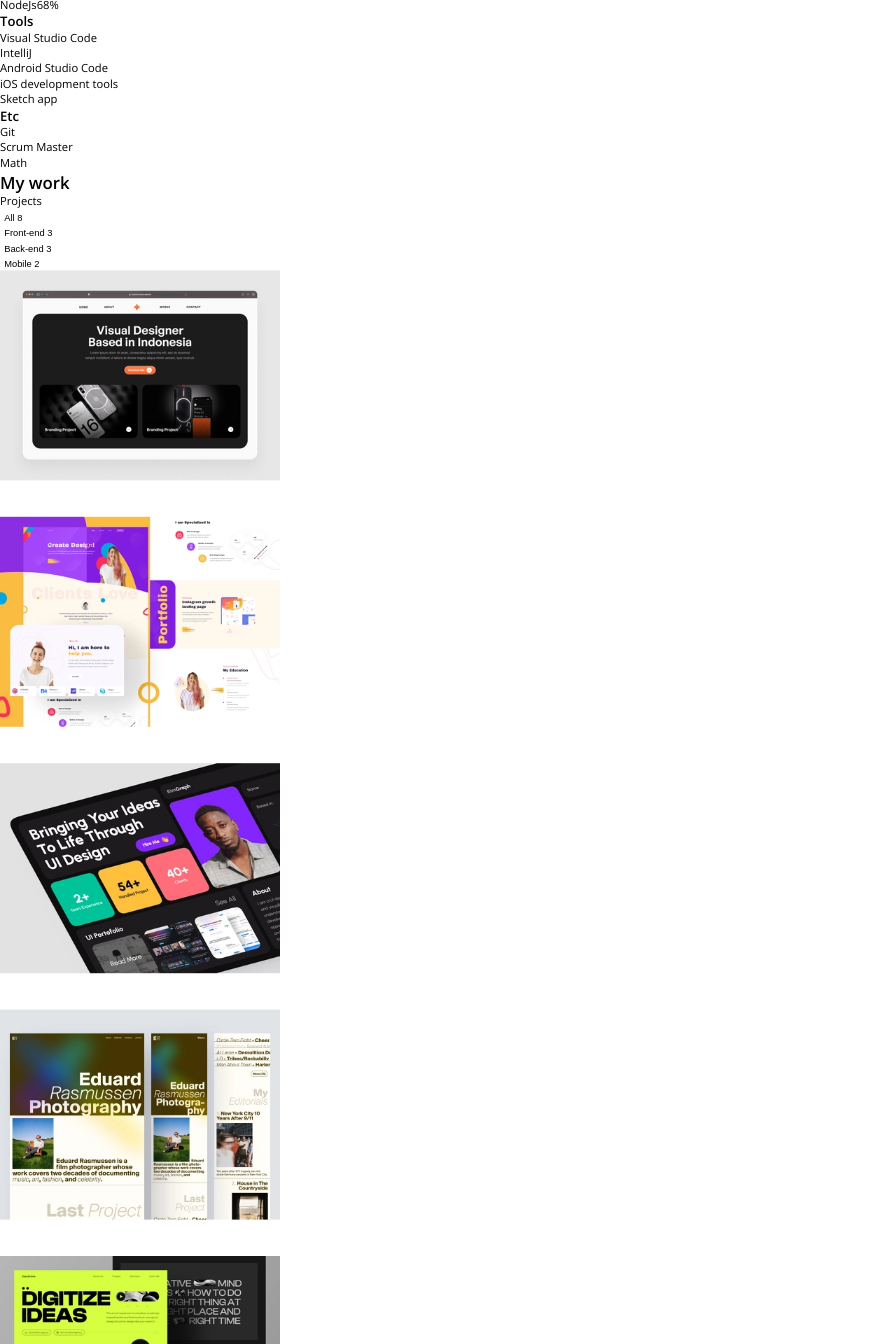
Repository: eggmoon/eggmoon_new
Page: index.html
The author's editor kept a copy of each file at every save. The page is drawn from the files as they stood at one save, then again after a run of saves.
The browser window is 1280 px wide. The pictures show the part of the page from y = 1416 to 3336 px (the page is 5779 px tall before and 5833 px after), at 70% of full size.
Some web libraries are served in a nearby version.

Above is the page before, as saved 2025-02-26 11:16:22.

### index.html
<!DOCTYPE html>
<html lang="en">
  <head>
    <meta charset="UTF-8" />
    <meta http-equiv="X-UA-Compatible" content="IE=edge" />
    <meta name="viewport" content="width=device-width, initial-scale=1.0" />
    <!-- SEO -->
    <title>행정심판청구서 작성 가이드</title>
    <meta
      name="description"
      content="Portfolio for world-renowned software
    engineer Ellie"
    />
    <meta name="author" content="MScho" />
    <link rel="shortcut icon" href="images/favicon.ico" type="image/x-icon" />
    <!-- OG (Open Graph Data) -->
    <meta property="og:title" content="행정정심판청구서 작성 가이드" />
    <meta property="og:type" content="website" />
    <meta property="og:url" content="https://eggmoon.github.io/eggmoon/"/>
    <meta property="og:image" content="배포후에 생성된 이미지 URL" />
    <!-- Google Fonts -->
    <link rel="preconnect" href="https://fonts.googleapis.com" />
    <link rel="preconnect" href="https://fonts.gstatic.com" crossorigin />
    <link
      href="https://fonts.googleapis.com/css2?family=Open+Sans:wght@400;600&display=swap"
      rel="stylesheet"
    />
    <!-- Font Awesome -->
    <script
      src="https://kit.fontawesome.com/9eb162ac0d.js"
      crossorigin="anonymous"
    ></script>
    <!-- CSS -->
    <link rel="stylesheet" href="css/style.css" />
    <!-- Javascript -->
    <script src="src/main.js" defer></script>
  </head>
  <body>
    <!-- Header -->
    <header class="header">
      <div class="header__logo">
        <img class="header__logo__img" src="images/favicon.ico" alt="logo" />
        <h1 class="header__logo__title"><a href="#">조미성 행정사사무소</a></h1>
      </div>
      <nav>
        <ul class="header__menu">
          <li><a class="header__menu__item active" href="#home">작성 Flow</a></li>
          <li><a class="header__menu__item" href="#about">사실관계 확인</a></li>
          <li><a class="header__menu__item" href="#skills">법령 포섭</a></li>
          <li><a class="header__menu__item" href="#work">사실의 재구성</a></li>
          <li><a class="header__menu__item" href="#testimonial">비례의 원칙</a></li>
          <li><a class="header__menu__item" href="#contact">청구서 작성</a></li>
        </ul>
      </nav>
    </header>
    <!-- Main -->
    <main>
      <!-- Home -->
      <section id="home" class="section">
        <img class="home__logo" src="images/favicon.ico" alt="Ellie's profile" />
        <h2 class="home__title"><strong class="home__title--strong">행정심판청구서</strong> <br> 작성 가이드</h2>
        <p class="home__description">사실관계 확정과 비례의 원칙을 중심으로</p>
        <a class="home__contact" href="#contact">조미성 행정사사무소</a>
      </section>
      <!-- About -->
      <section id="about" class="sections">
        <h2 class="title">0. 작성 Flow</h2>
        <p>
          사실관계 및 법령의 확인
        </p>
        <ul>
          <li>
            <i class="fa-brands fa-html5"></i>
            <p>Front-end</p>
            <p>HTML, CSS, JavaScript, TypeScript, React, Vue, Web APIs</p>
          </li>
          <li>
            <i class="fa-solid fa-mobile"></i>
            <p>Mobile</p>
            <p>Android, iOS, React Navtive, Flutter, Java, Swift, Kotlin</p>
          </li>
          <li>
            <i class="fa-solid fa-server"></i>
            <p>Back-end</p>
            <p>Java, JavaScript, Go, NodeJs, Rest APIs, GraphQL</p>
          </li>
        </ul>
        <ul>
          <li>
            <img src="images/jobs/google.png" alt="google logo" />
            <div>
              <p>Google as Senior Software Engineer</p>
              <p>2019 Oct - Until now</p>
            </div>
          </li>
          <li>
            <img src="images/jobs/samsung.png" alt="samsung logo" />
            <div>
              <p>Samsung as Software Engineer</p>
              <p>2014 Sept - 2019 Oct</p>
            </div>
          </li>
        </ul>
      </section>
      <!-- Skills -->
      <section id="skills" class="sections">
        <h2 class="title">My Skills</h2>
        <p>Skills & Attributes</p>
        <p>
          Lorem ipsum dolor sit, amet consectetur adipisicing elit. Alias
          doloremque sint deleniti vel quod itaque molestias, suscipit dolor
          cupiditate saepe rem minima, amet ipsum accusantium architecto
          laboriosam dolore id necessitatibus?
        </p>
        <div>
          <section>
            <h3>Coding Skills</h3>
            <ul>
              <li>
                <div><span>HTML</span><span>98%</span></div>
                <div><div style="width: 98%"></div></div>
              </li>
              <li>
                <div><span>CSS</span><span>90%</span></div>
                <div><div style="width: 90%"></div></div>
              </li>
              <li>
                <div><span>JavaScript</span><span>90%</span></div>
                <div><div style="width: 90%"></div></div>
              </li>
              <li>
                <div><span>TypeScript</span><span>80%</span></div>
                <div><div style="width: 80%"></div></div>
              </li>
              <li>
                <div><span>React</span><span>79%</span></div>
                <div><div style="width: 79%"></div></div>
              </li>
              <li>
                <div><span>NodeJs</span><span>68%</span></div>
                <div><div style="width: 68%"></div></div>
              </li>
            </ul>
          </section>
          <section>
            <h3>Tools</h3>
            <ul>
              <li>Visual Studio Code</li>
              <li>IntelliJ</li>
              <li>Android Studio Code</li>
              <li>iOS development tools</li>
              <li>Sketch app</li>
            </ul>
          </section>
          <section>
            <h3>Etc</h3>
            <ul>
              <li>Git</li>
              <li>Scrum Master</li>
              <li>Math</li>
            </ul>
          </section>
        </div>
      </section>
      <!-- Work -->
      <section id="work" class="sections">
        <h2>My work</h2>
        <p>Projects</p>
        <ul>
          <li>
            <button>All <span>8</span></button>
          </li>
          <li>
            <button>Front-end <span>3</span></button>
          </li>
          <li>
            <button>Back-end <span>3</span></button>
          </li>
          <li>
            <button>Mobile <span>2</span></button>
          </li>
        </ul>
        <ul>
          <li>
            <a href="#" target="_blank">
              <img src="images/projects/project1.webp" alt="project1" />
              <div>
                <h3>Project #1</h3>
                <p>Clone Coding with HTML, CSS</p>
              </div>
            </a>
          </li>
          <li>
            <a href="#" target="_blank">
              <img src="images/projects/project2.webp" alt="project2" />
              <div>
                <h3>Project #2</h3>
                <p>Clone Coding with HTML, CSS</p>
              </div>
            </a>
          </li>
          <li>
            <a href="#" target="_blank">
              <img src="images/projects/project3.webp" alt="project3" />
              <div>
                <h3>Project #3</h3>
                <p>Clone Coding with HTML, CSS</p>
              </div>
            </a>
          </li>
          <li>
            <a href="#" target="_blank">
              <img src="images/projects/project4.webp" alt="project4" />
              <div>
                <h3>Project #4</h3>
                <p>Clone Coding with HTML, CSS</p>
              </div>
            </a>
          </li>
          <li>
            <a href="#" target="_blank">
              <img src="images/projects/project5.webp" alt="project5" />
              <div>
                <h3>Project #5</h3>
                <p>Clone Coding with HTML, CSS</p>
              </div>
            </a>
          </li>
          <li>
            <a href="#" target="_blank">
              <img src="images/projects/project6.webp" alt="project6" />
              <div>
                <h3>Project #6</h3>
                <p>Clone Coding with HTML, CSS</p>
              </div>
            </a>
          </li>
          <li>
            <a href="#" target="_blank">
              <img src="images/projects/project7.webp" alt="project7" />
              <div>
                <h3>Project #7</h3>
                <p>Clone Coding with HTML, CSS</p>
              </div>
            </a>
          </li>
          <li>
            <a href="#" target="_blank">
              <img src="images/projects/project8.webp" alt="project8" />
              <div>
                <h3>Project #8</h3>
                <p>Clone Coding with HTML, CSS</p>
              </div>
            </a>
          </li>
        </ul>
      </section>
      <!-- Testimonials -->
      <section id="testimonial" class="sections">
        <h2>Testimonial</h2>
        <p>See what they say about me</p>
        <ul>
          <li>
            <img src="images/testimonials/people1.webp" alt="people1" />
            <div>
              <p>
                Lorem ipsum dolor sit amet, consectetur adipisicing elit. Rem ad
                iusto, ea alias, at sit libero laboriosam eaque eum, reiciendis
                obcaecati vitae non reprehenderit beatae officiis. Dolore
                corporis eveniet labore.
              </p>
              <p><a href="#">James Kim</a> /Google</p>
            </div>
          </li>
          <li>
            <img src="images/testimonials/people2.webp" alt="people2" />
            <div>
              <p>
                Lorem ipsum, dolor sit amet consectetur adipisicing elit. Iure
                adipisci quibusdam perspiciatis neque consequuntur nostrum
                quisquam dolore consequatur voluptatum animi laborum, sequi
                ipsum rerum voluptatibus sit ab similique quos velit?
              </p>
              <p><a href="#">Anna Jin</a> /Samsung</p>
            </div>
          </li>
          <li>
            <img src="images/testimonials/people3.webp" alt="people3" />
            <div>
              <p>
                Lorem ipsum dolor sit amet consectetur adipisicing elit.
                Perferendis, mollitia. Fugiat recusandae unde ducimus harum
                voluptas earum reiciendis expedita inventore quas ab eum
                dignissimos, maiores deleniti officiis qui, repudiandae
                voluptatibus?
              </p>
              <p><a href="#">Anna Jin</a> /Samsung</p>
            </div>
          </li>
        </ul>
      </section>
      <!-- Arrow up -->
      <aside>
        <a href="#home" title="back to top">
          <i class="fa-solid fa-arrow-up"></i>
        </a>
      </aside>
    </main>
    <!-- Footer -->
    <footer id="contact" class="sections">
      <h2>Let&#39;s talk</h2>
      <p>dream.coder.ellie@gmail.com</p>
      <ul>
        <li>
          <a
            href="https://github.com/dream-ellie"
            target="_blank"
            title="my github link"
          >
            <i class="fa-brands fa-github"></i>
          </a>
        </li>
        <li>
          <a
            href="https://github.com/dream-ellie"
            target="_blank"
            title="my linkedin link"
          >
            <i class="fa-brands fa-linkedin"></i>
          </a>
        </li>
      </ul>
      <p>ⓒDream Coding Ellie - All rights reserved</p>
    </footer>
  </body>
</html>

### css/style.css
/* Global */
:root {
/* App Colors */
  --color-primary: var(--color-black);
  --color-primary-variant: var(--color-gray);
  --color-accent: var(--color-blue);
  --color-accent-variant: var(--color-orange);
  --color-text: var(--color-white);
  /* Colors */
  --color-white: #ffffff;
  --color-black: #050a13;
  --color-blue: #03e8f9;
  --color-orange: #fd6413;
  --color-gray: #1b1e26;
}
*{
  box-sizing: border-box;
}
body {
  font-family: 'Open Sans', sans-serif;
  margin: 0;
}
h1, h2, h3, p, ul {
  margin: 0;
}

ul {
  list-style: none;
  padding: 0;
}

a{
  text-decoration: none;
  color: var(--color-text);
}

button{
  background-color: transparent;
  outline: 0;
  border: 0;
}

button:focus {
  outline: 1px solid var(--color-blue);
}

/* Common */
.section{
  padding: 4rem;
  text-align: center;
}

.title{
  font-size: 2.5rem;
  margin: 1rem 0;

}

.description{

}

/* Header */
.header{
  position: fixed;
  background-color: var(--color-black);
  top: 0;
  width: 100%;
  padding:1rem;
  display: flex;
  justify-content: space-between;
  align-items: center;
}

.header__logo{
  display:flex;
  align-items: center;
  gap: 8px
}

.header__logo__img{
  width: 36px;
  height: 36px;
}

.header__logo__title {
  font-size: 1.8rem;
}

.header__menu{
  display:flex;
  gap: 4px;
}
.header__menu__item{
  padding: 8px 16px;
}
.header__menu__item:hover{
  border-bottom: 1px solid var(--color-accent);
}
.header__menu__item.active{
  border: 1px solid var(--color-accent);
}
/* Home */
#home{
  background-color: var(--color-primary);
  color: var(--color-text);
  padding: 5rem 1rem;
  padding-top: 7rem;
  text-align: center;
}
.home__logo{
 width: 250px;
 height: 250px;
 object-fit: contain;
 border: 3px solid var(--color-accent);
 border-radius: 50%;
}
.home__title{
 font-size:3rem;
 margin-bottom: 1rem;

}
.home__title--strong{
  color: var(--color-accent);
}
/* .home__description{

} */

.home__contact{
  display: inline-block;
  background-color: var(--color-accent);
  color: var(--color-black);
  padding: 0.5rem 1rem;
  font-weight: bold;
  border-radius: 4px;
}

.home__contact:hover{
    /* hover 밀림 현상 해결: width, height을 주거나 outline으로 해결함 */
  background-color:transparent;
  outline: 1px solid var(--color-accent);
  color: var(--color-text);

}

Loaded but not shown: src/main.js (no copy from this time; the picture is the same without it)

After the next 4 saves:
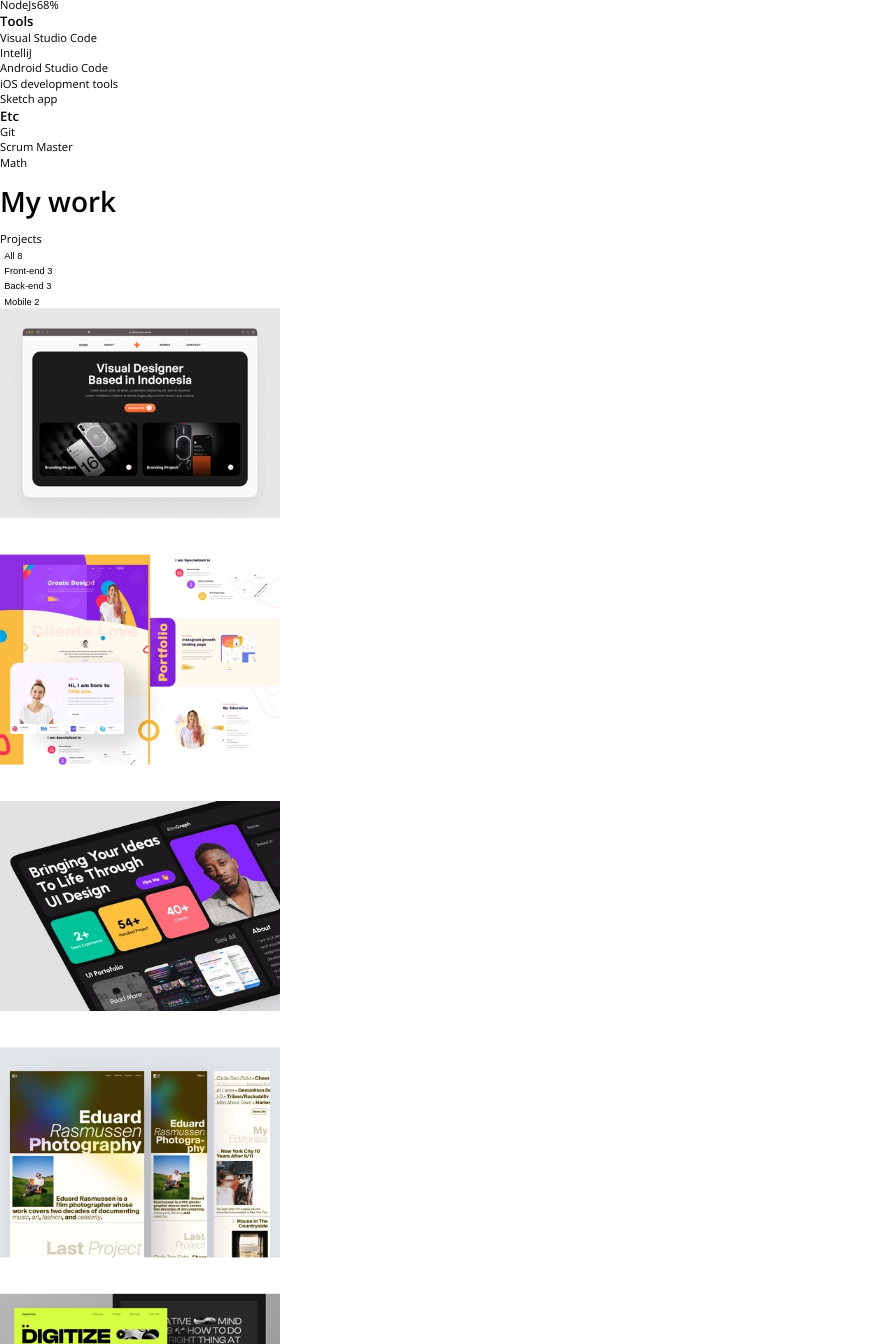
The 4 saves are shown as one change because they came seconds apart.
The last was saved 18 s later.
--- a/index.html
+++ b/index.html
@@ -164,7 +164,7 @@
       </section>
       <!-- Work -->
       <section id="work" class="sections">
-        <h2>My work</h2>
+        <h2 class="title">My work</h2>
         <p>Projects</p>
         <ul>
           <li>
